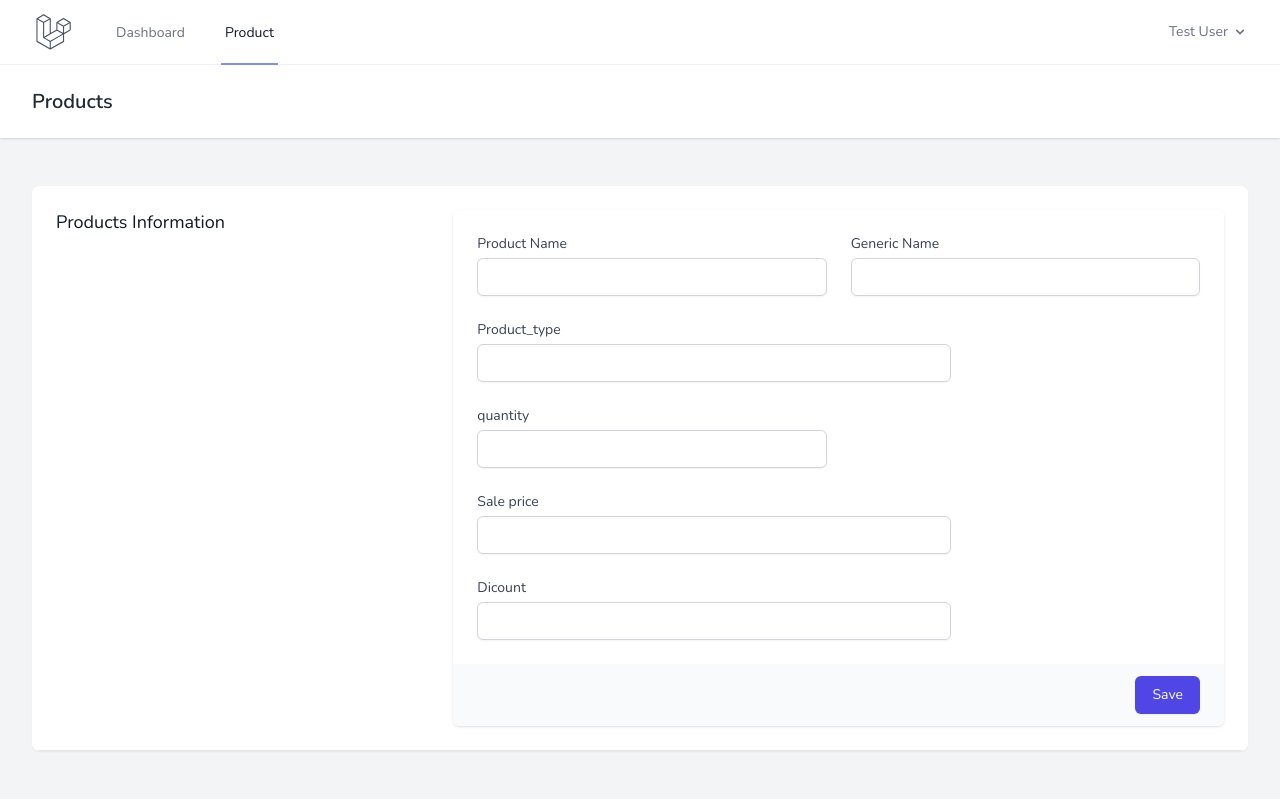
Repository: krishna-vm/them_set
Page: http://localhost/product
An editor plug-in stored every save of this project. The page is shown before and after the next save, followed by the edit.
The browser window is 1280 px wide. The pictures show the whole page.
The page is served by the project's Laravel application, run on PHP 8.4 with Laravel 8. A made-up administrator, Test User (test@example.com), is signed in. Other server files are loaded and not shown. Style sheets and scripts are compiled from the project's sources, by tool versions that may differ from the author's.

Above is the page before, as saved 2022-09-08 14:44:21.

### routes/web.php
<?php

use Illuminate\Support\Facades\Route;

/*
|--------------------------------------------------------------------------
| Web Routes
|--------------------------------------------------------------------------
|
| Here is where you can register web routes for your application. These
| routes are loaded by the RouteServiceProvider within a group which
| contains the "web" middleware group. Now create something great!
|
*/

Route::get('/', function () {
    return view('welcome');
});

Route::get('/dashboard', function () {
    return view('dashboard');
})->middleware(['auth'])->name('dashboard');
Route::get('/product', function () {
    return view('product');
})->middleware(['auth'])->name('product');

require __DIR__.'/auth.php';

### resources/views/product.blade.php
<x-app-layout>
    <x-slot name="header">
        <h2 class="font-semibold text-xl text-gray-800 leading-tight">
            {{ __('Products') }}
        </h2>
    </x-slot>

    <div class="py-12">
        <div class="max-w-7xl mx-auto sm:px-6 lg:px-8">
            <div class="bg-white overflow-hidden shadow-sm sm:rounded-lg">
                <div class="p-6 bg-white border-b border-gray-200">
                    <div class="row">
                        <div class="col-md-12 ">
                                <div class="mt-10 sm:mt-0">
                                    <div class="md:grid md:grid-cols-3 md:gap-6">
                                      <div class="md:col-span-1">
                                        <div class="px-4 sm:px-0">
                                          <h3 class="text-lg font-medium leading-6 text-gray-900">Products Information</h3>
                                          {{-- <p class="mt-1 text-sm text-gray-600">Use a permanent address where you can receive mail.</p> --}}
                                        </div>
                                      </div>
                                      <div class="mt-5 md:col-span-2 md:mt-0">
                                        <form action="#" method="POST">
                                          <div class="overflow-hidden shadow sm:rounded-md">
                                            <div class="bg-white px-4 py-5 sm:p-6">
                                              <div class="grid grid-cols-6 gap-6">
                                                <div class="col-span-6 sm:col-span-3">
                                                  <label for="product-name" class="block text-sm font-medium text-gray-700">Product Name</label>
                                                  <input type="text" name="product-name" id="product-name" autocomplete="given-name" class="mt-1 block w-full rounded-md border-gray-300 shadow-sm focus:border-indigo-500 focus:ring-indigo-500 sm:text-sm">
                                                </div>

                                                <div class="col-span-6 sm:col-span-3">
                                                  <label for="generic-name" class="block text-sm font-medium text-gray-700">Generic Name</label>
                                                  <input type="text" name="generic-name" id="generic-name" class="mt-1 block w-full rounded-md border-gray-300 shadow-sm focus:border-indigo-500 focus:ring-indigo-500 sm:text-sm">
                                                </div>

                                                <div class="col-span-6 sm:col-span-4">
                                                  <label for="product_type" class="block text-sm font-medium text-gray-700">Product_type</label>
                                                  <input type="text" name="product_type" id="product_type"  class="mt-1 block w-full rounded-md border-gray-300 shadow-sm focus:border-indigo-500 focus:ring-indigo-500 sm:text-sm">
                                                </div>

                                                <div class="col-span-6 sm:col-span-3">
                                                  <label for="quantity" class="block text-sm font-medium text-gray-700">quantity</label>
                                                  <input type="number" name="quantity" id="quantity"  class="mt-1 block w-full rounded-md border-gray-300 shadow-sm focus:border-indigo-500 focus:ring-indigo-500 sm:text-sm">
                                                </div>

                                                <div class="col-span-6 sm:col-span-4">
                                                  <label for="sale_price" class="block text-sm font-medium text-gray-700">Sale price</label>
                                                  <input type="text" name="sale_price" id="sale_price" class="mt-1 block w-full rounded-md border-gray-300 shadow-sm focus:border-indigo-500 focus:ring-indigo-500 sm:text-sm">
                                                </div>

                                                <div class="col-span-6 sm:col-span-4">
                                                  <label for="dicount" class="block text-sm font-medium text-gray-700">Dicount</label>
                                                  <input type="text" name="dicount" id="dicount" autocomplete="address-level2" class="mt-1 block w-full rounded-md border-gray-300 shadow-sm focus:border-indigo-500 focus:ring-indigo-500 sm:text-sm">
                                                </div>
                                              </div>
                                            </div>
                                            <div class="bg-gray-50 px-4 py-3 text-right sm:px-6">
                                              <button type="submit" class="inline-flex justify-center rounded-md border border-transparent bg-indigo-600 py-2 px-4 text-sm font-medium text-white shadow-sm hover:bg-indigo-700 focus:outline-none focus:ring-2 focus:ring-indigo-500 focus:ring-offset-2">Save</button>
                                            </div>
                                          </div>
                                        </form>
                                      </div>
                                    </div>
                                </div>
                            </div>
                        </div>
                    </div>
                </div>
            </div>
        </div>
</x-app-layout>

### resources/views/layouts/navigation.blade.php
<nav x-data="{ open: false }" class="bg-white border-b border-gray-100">
    <!-- Primary Navigation Menu -->
    <div class="max-w-7xl mx-auto px-4 sm:px-6 lg:px-8">
        <div class="flex justify-between h-16">
            <div class="flex">
                <!-- Logo -->
                <div class="shrink-0 flex items-center">
                    <a href="{{ route('dashboard') }}">
                        <x-application-logo class="block h-10 w-auto fill-current text-gray-600" />
                    </a>
                </div>

                <!-- Navigation Links -->
                <div class="hidden space-x-8 sm:-my-px sm:ml-10 sm:flex">
                    <x-nav-link :href="route('dashboard')" :active="request()->routeIs('dashboard')">
                        {{ __('Dashboard') }}
                    </x-nav-link>
                    <x-nav-link :href="route('product')" :active="request()->routeIs('product')">
                        {{ __('Product') }}
                    </x-nav-link>
                </div>
            </div>

            <!-- Settings Dropdown -->
            <div class="hidden sm:flex sm:items-center sm:ml-6">
                <x-dropdown align="right" width="48">
                    <x-slot name="trigger">
                        <button class="flex items-center text-sm font-medium text-gray-500 hover:text-gray-700 hover:border-gray-300 focus:outline-none focus:text-gray-700 focus:border-gray-300 transition duration-150 ease-in-out">
                            <div>{{ Auth::user()->name }}</div>

                            <div class="ml-1">
                                <svg class="fill-current h-4 w-4" xmlns="http://www.w3.org/2000/svg" viewBox="0 0 20 20">
                                    <path fill-rule="evenodd" d="M5.293 7.293a1 1 0 011.414 0L10 10.586l3.293-3.293a1 1 0 111.414 1.414l-4 4a1 1 0 01-1.414 0l-4-4a1 1 0 010-1.414z" clip-rule="evenodd" />
                                </svg>
                            </div>
                        </button>
                    </x-slot>

                    <x-slot name="content">
                        <!-- Authentication -->
                        <form method="POST" action="{{ route('logout') }}">
                            @csrf

                            <x-dropdown-link :href="route('logout')"
                                    onclick="event.preventDefault();
                                                this.closest('form').submit();">
                                {{ __('Log Out') }}
                            </x-dropdown-link>
                        </form>
                    </x-slot>
                </x-dropdown>
            </div>

            <!-- Hamburger -->
            <div class="-mr-2 flex items-center sm:hidden">
                <button @click="open = ! open" class="inline-flex items-center justify-center p-2 rounded-md text-gray-400 hover:text-gray-500 hover:bg-gray-100 focus:outline-none focus:bg-gray-100 focus:text-gray-500 transition duration-150 ease-in-out">
                    <svg class="h-6 w-6" stroke="currentColor" fill="none" viewBox="0 0 24 24">
                        <path :class="{'hidden': open, 'inline-flex': ! open }" class="inline-flex" stroke-linecap="round" stroke-linejoin="round" stroke-width="2" d="M4 6h16M4 12h16M4 18h16" />
                        <path :class="{'hidden': ! open, 'inline-flex': open }" class="hidden" stroke-linecap="round" stroke-linejoin="round" stroke-width="2" d="M6 18L18 6M6 6l12 12" />
                    </svg>
                </button>
            </div>
        </div>
    </div>

    <!-- Responsive Navigation Menu -->
    <div :class="{'block': open, 'hidden': ! open}" class="hidden sm:hidden">
        <div class="pt-2 pb-3 space-y-1">
            <x-responsive-nav-link :href="route('dashboard')" :active="request()->routeIs('dashboard')">
                {{ __('Dashboard') }}
            </x-responsive-nav-link>
        </div>

        <!-- Responsive Settings Options -->
        <div class="pt-4 pb-1 border-t border-gray-200">
            <div class="px-4">
                <div class="font-medium text-base text-gray-800">{{ Auth::user()->name }}</div>
                <div class="font-medium text-sm text-gray-500">{{ Auth::user()->email }}</div>
            </div>

            <div class="mt-3 space-y-1">
                <!-- Authentication -->
                <form method="POST" action="{{ route('logout') }}">
                    @csrf

                    <x-responsive-nav-link :href="route('logout')"
                            onclick="event.preventDefault();
                                        this.closest('form').submit();">
                        {{ __('Log Out') }}
                    </x-responsive-nav-link>
                </form>
            </div>
        </div>
    </div>
</nav>

Loaded but not shown: routes/auth.php (common file); app/Models/User.php (common file); app/View/Components/AppLayout.php (common file); resources/views/layouts/app.blade.php (common file); resources/views/components/application-logo.blade.php (common file); resources/views/components/nav-link.blade.php (common file); resources/views/components/dropdown-link.blade.php (common file); resources/views/components/dropdown.blade.php (common file); resources/views/components/responsive-nav-link.blade.php (common file); public/js/app.js (library); resources/css/app.css (common file); tailwind.config.js (common file)

After the next save:
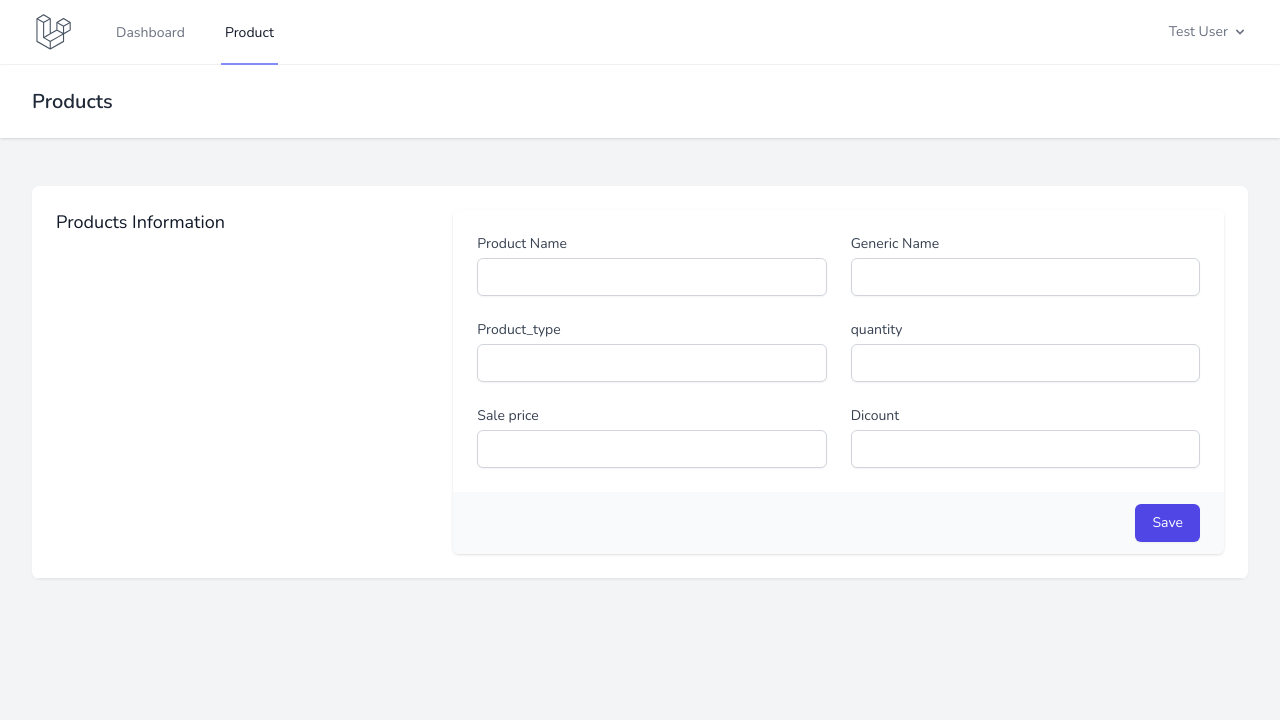
Saved 57 s later.
--- a/resources/views/product.blade.php
+++ b/resources/views/product.blade.php
@@ -34,7 +34,7 @@
                                                   <input type="text" name="generic-name" id="generic-name" class="mt-1 block w-full rounded-md border-gray-300 shadow-sm focus:border-indigo-500 focus:ring-indigo-500 sm:text-sm">
                                                 </div>
 
-                                                <div class="col-span-6 sm:col-span-4">
+                                                <div class="col-span-6 sm:col-span-3">
                                                   <label for="product_type" class="block text-sm font-medium text-gray-700">Product_type</label>
                                                   <input type="text" name="product_type" id="product_type"  class="mt-1 block w-full rounded-md border-gray-300 shadow-sm focus:border-indigo-500 focus:ring-indigo-500 sm:text-sm">
                                                 </div>
@@ -44,12 +44,12 @@
                                                   <input type="number" name="quantity" id="quantity"  class="mt-1 block w-full rounded-md border-gray-300 shadow-sm focus:border-indigo-500 focus:ring-indigo-500 sm:text-sm">
                                                 </div>
 
-                                                <div class="col-span-6 sm:col-span-4">
+                                                <div class="col-span-6 sm:col-span-3">
                                                   <label for="sale_price" class="block text-sm font-medium text-gray-700">Sale price</label>
                                                   <input type="text" name="sale_price" id="sale_price" class="mt-1 block w-full rounded-md border-gray-300 shadow-sm focus:border-indigo-500 focus:ring-indigo-500 sm:text-sm">
                                                 </div>
 
-                                                <div class="col-span-6 sm:col-span-4">
+                                                <div class="col-span-6 sm:col-span-3">
                                                   <label for="dicount" class="block text-sm font-medium text-gray-700">Dicount</label>
                                                   <input type="text" name="dicount" id="dicount" autocomplete="address-level2" class="mt-1 block w-full rounded-md border-gray-300 shadow-sm focus:border-indigo-500 focus:ring-indigo-500 sm:text-sm">
                                                 </div>
